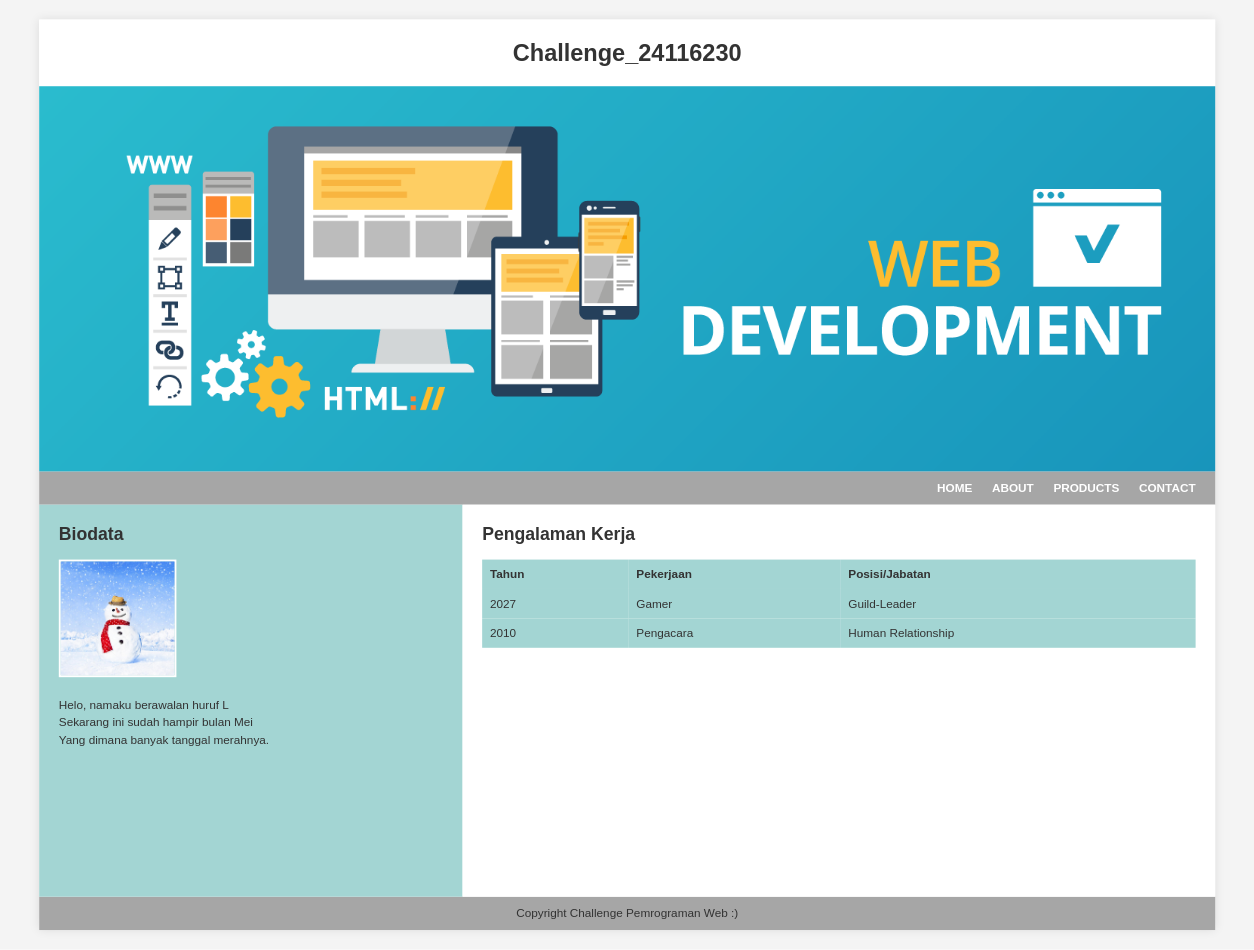
Repository: Fadli55/Pertemuan-5
Page: Challenge_24116230.html
An editor plug-in stored every save of this project. The page is shown before and after the next save, followed by the edit.
The browser window is 1280 px wide. The pictures show the whole page, at 98% of full size.

Above is the page before, as saved 2026-04-27 16:48:03.

After the next save:
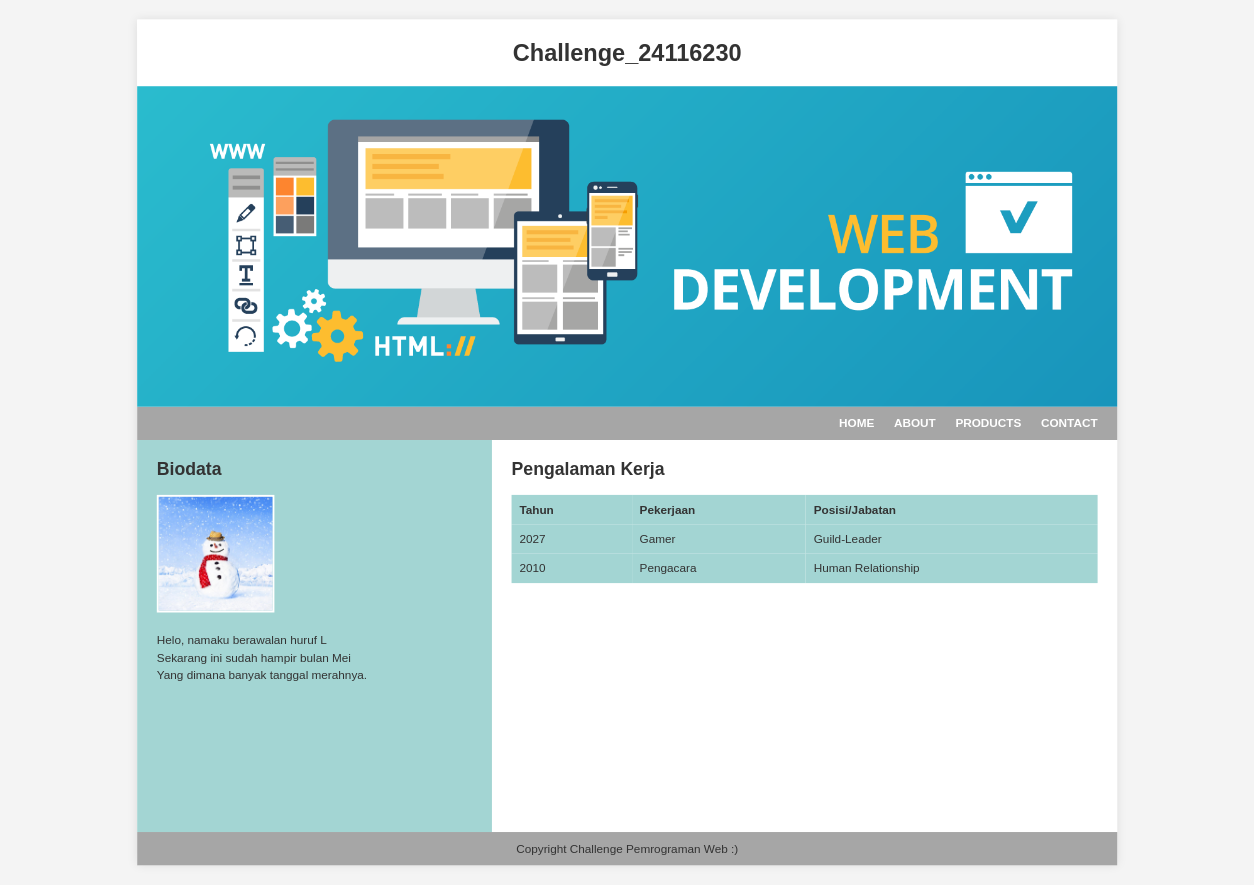
Saved 3 min 32 s later.
--- a/Challenge_24116230.css
+++ b/Challenge_24116230.css
@@ -17,7 +17,7 @@ body {
 
 .wrapper {
     width: 95%;
-    max-width: 1200px;
+    max-width: 1000px;
     margin: 20px auto;
     background-color: #fff;
     box-shadow: 0 0 10px rgba(0, 0, 0, 0.1);
